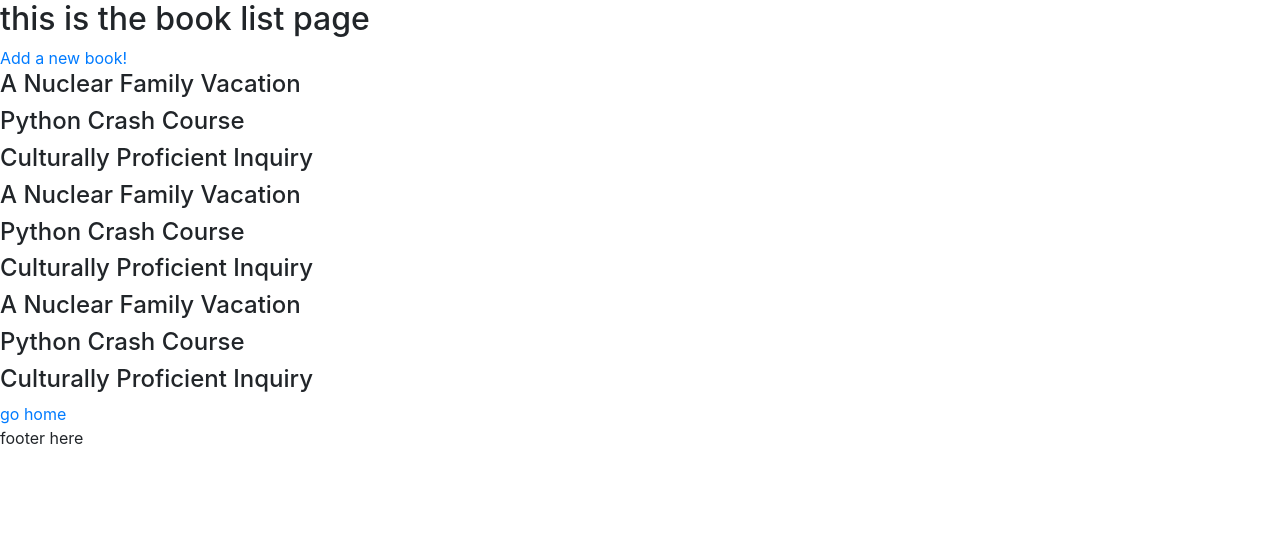
Repository: engdavide/bookshare
Page: http://localhost/books
The author's editor kept a record of every edit. The page is drawn from the files as they stood at one moment, then again after the next edit.
The browser window is 1280 px wide. The pictures show the whole page.
The page is served by the project's Node server (app.js).

Above is the page before.
Console error: TypeError: Cannot read properties of undefined (reading 'fn')

### views/books.ejs
<% include partials/header %>


<h2>this is the book list page</h2>

<a href="/books/new">Add a new book!</a></a>

<% books.forEach(function(book){ %>
    <div>
        <h4> <%= book.name %>   </h4>
    </div>

<% }); %>

<a href="/">go home</a>


<% include partials/footer %>

### views/partials/header.ejs
<!DOCTYPE html>
<html>
    <head>
        <title>Book Share</title>
        <link rel="stylesheet" href="https://stackpath.bootstrapcdn.com/bootstrap/4.1.3/css/bootstrap.min.css" integrity="sha384-MCw98/SFnGE8fJT3GXwEOngsV7Zt27NXFoaoApmYm81iuXoPkFOJwJ8ERdknLPMO" crossorigin="anonymous">
        <!--<script src="https://code.jquery.com/jquery-3.3.1.slim.min.js" integrity="sha384-q8i/X+965DzO0rT7abK41JStQIAqVgRVzpbzo5smXKp4YfRvH+8abtTE1Pi6jizo" crossorigin="anonymous"></script>-->
        <!--<script src="https://cdnjs.cloudflare.com/ajax/libs/popper.js/1.14.3/umd/popper.min.js" integrity="sha384-ZMP7rVo3mIykV+2+9J3UJ46jBk0WLaUAdn689aCwoqbBJiSnjAK/l8WvCWPIPm49" crossorigin="anonymous"></script>-->
        <script src="https://stackpath.bootstrapcdn.com/bootstrap/4.1.3/js/bootstrap.min.js" integrity="sha384-ChfqqxuZUCnJSK3+MXmPNIyE6ZbWh2IMqE241rYiqJxyMiZ6OW/JmZQ5stwEULTy" crossorigin="anonymous"></script>

        <meta name="viewport" content="width=device-width, initial-scale=1, shrink-to-fit=no">




    </head>

    <body>

### views/partials/footer.ejs

        <p>footer here</p>
    </body>
</html>

### app.js
var express = require("express");
var app = express();
var bodyParser = require("body-parser");

    var books = [
        {name: "A Nuclear Family Vacation", description: "words about book1", img: "https://images-na.ssl-images-amazon.com/images/I/51kgqzZFzYL._SX330_BO1,204,203,200_.jpg"},
        {name: "Python Crash Course", description: "words about book 2", img: "https://images-na.ssl-images-amazon.com/images/I/51A4cWQgMtL._SX376_BO1,204,203,200_.jpg"},
        {name: "Culturally Proficient Inquiry", description: "words about book3", img: "https://images-na.ssl-images-amazon.com/images/I/511e5nl6G-L._SX351_BO1,204,203,200_.jpg"},
        {name: "A Nuclear Family Vacation", description: "words about book1", img: "https://images-na.ssl-images-amazon.com/images/I/51kgqzZFzYL._SX330_BO1,204,203,200_.jpg"},
        {name: "Python Crash Course", description: "words about book 2", img: "https://images-na.ssl-images-amazon.com/images/I/51A4cWQgMtL._SX376_BO1,204,203,200_.jpg"},
        {name: "Culturally Proficient Inquiry", description: "words about book3", img: "https://images-na.ssl-images-amazon.com/images/I/511e5nl6G-L._SX351_BO1,204,203,200_.jpg"},
        {name: "A Nuclear Family Vacation", description: "words about book1", img: "https://images-na.ssl-images-amazon.com/images/I/51kgqzZFzYL._SX330_BO1,204,203,200_.jpg"},
        {name: "Python Crash Course", description: "words about book 2", img: "https://images-na.ssl-images-amazon.com/images/I/51A4cWQgMtL._SX376_BO1,204,203,200_.jpg"},
        {name: "Culturally Proficient Inquiry", description: "words about book3", img: "https://images-na.ssl-images-amazon.com/images/I/511e5nl6G-L._SX351_BO1,204,203,200_.jpg"},
    ];




app.use(bodyParser.urlencoded({extended: true}));
app.set("view engine", "ejs");

app.get("/", function(req, res){
    res.render("landing");
});

app.get("/books", function(req,res){

    res.render("books", {books:books});
});

app.get("/books/new", function(req,res){
    res.render("new.ejs")
})

app.post("/books", function(req, res){
    var name = req.body.name;
    var description = req.body.description;
    var newBook = {name: name, description: description};
    books.push(newBook)
    res.redirect("books")
});

app.listen(process.env.PORT, process.env.IP, function(){
    console.log("bookshare is up!!");
})

After the next edit:
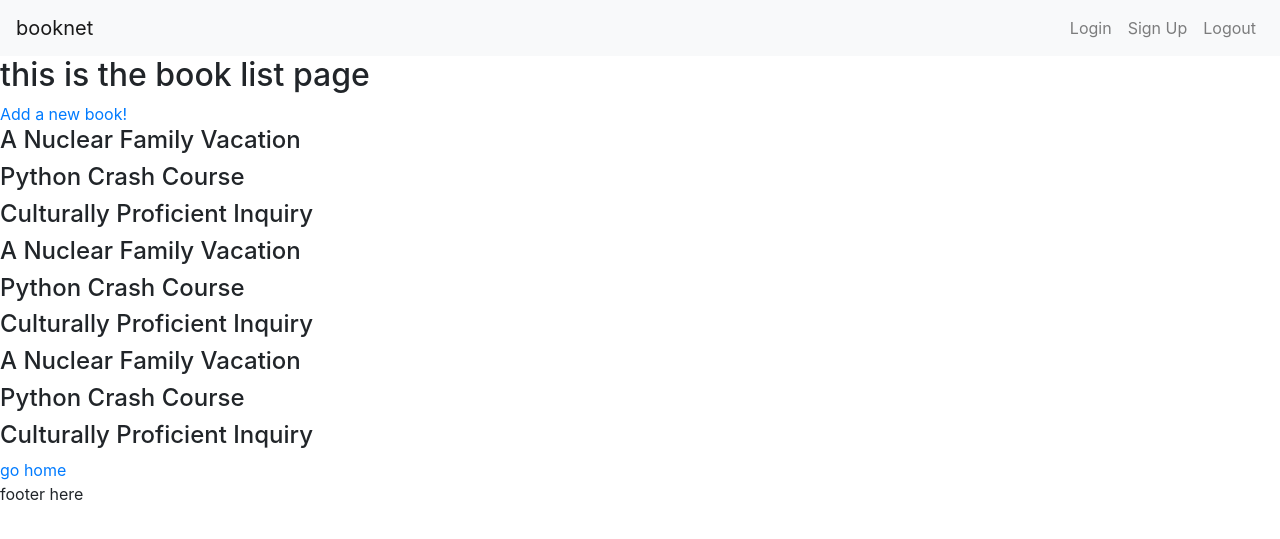
The edit:
--- a/views/partials/header.ejs
+++ b/views/partials/header.ejs
@@ -15,3 +15,19 @@
     </head>
 
     <body>
+
+        <nav class="navbar navbar-expand-lg navbar-light bg-light">
+
+
+        <a class="navbar-brand" href="/"> booknet</a>
+
+
+        <div class="collapse navbar-collapse">
+            <ul class="nav navbar-nav ml-auto">
+                <li class="nav-item"><a href="/" class="nav-link">Login</a></li>
+                <li class="nav-item"><a href="/" class="nav-link">Sign Up</a></li>
+                <li class="nav-item"><a href="/" class="nav-link">Logout</a></li>
+            </ul>
+        </div>
+
+        </nav>
